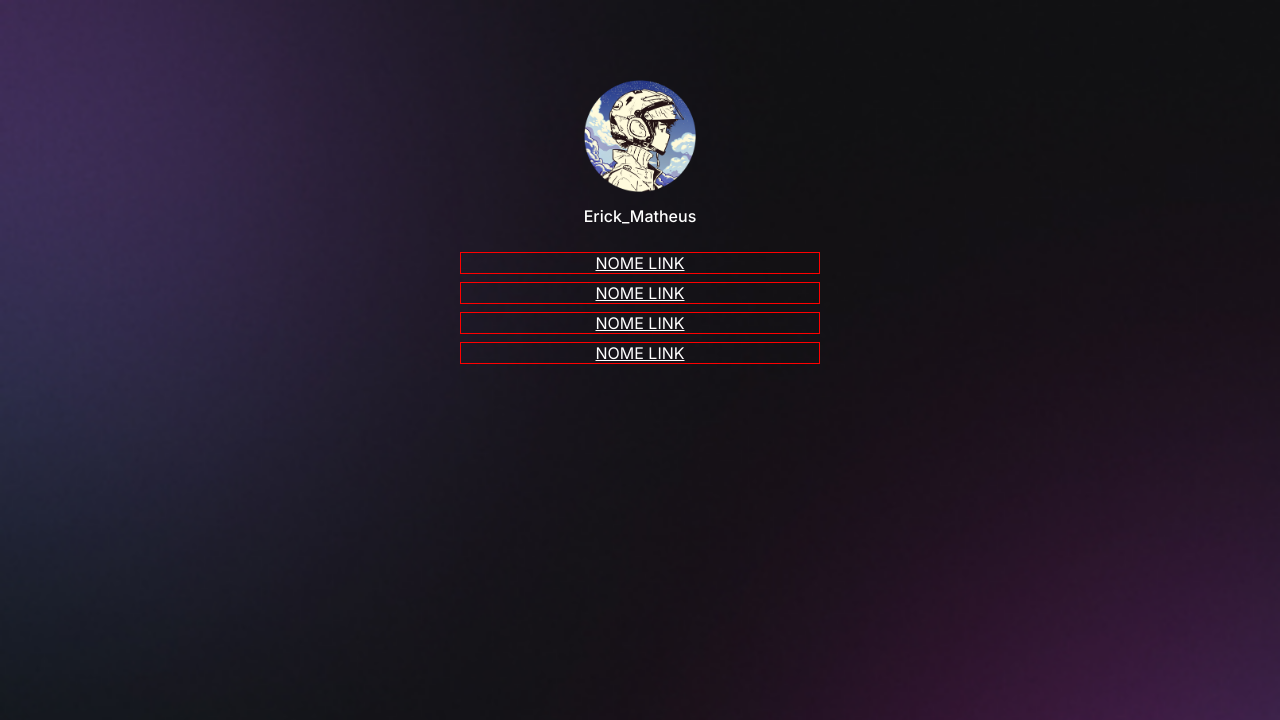
Repository: e-rickmatheus/project_dev_links
Page: index.html
The author's editor kept a copy of each file at every save. The page is drawn from the files as they stood at one save, then again after a run of saves.
The browser window is 1280 px wide. The pictures show the whole page.

Above is the page before, as saved 2025-04-02 20:44:25.

### index.html
<!DOCTYPE html>
<html lang="pt-BR">
<head>

<link rel="preconnect" href="https://fonts.googleapis.com">
<link rel="preconnect" href="https://fonts.gstatic.com" crossorigin>
<link href="https://fonts.googleapis.com/css2?family=Inter:wght@400;500&display=swap" rel="stylesheet">
  <meta charset="UTF-8">
  <meta name="viewport" content="width=device-width, initial-scale=1.0">
  <title>DEV.Links</title>
  <link rel="stylesheet" href="./style.css">
  <a></a>
</head>
<body>

  <div id="container">
    <div id="profile">
      <img id="avatar" src="./assets/avatar-pilot-day.png" alt="avatar-light">
      <p>Erick_Matheus</p>
    </div>
  <ul>
    <li>
      <a href="#" target="_blank">NOME LINK</a>
    </li>
    <li>
        <a href="#" target="_blank">NOME LINK</a>
    </li>
    <li>
        <a href="#" target="_blank">NOME LINK</a>
    </li>
    <li>
        <a href="#" target="_blank">NOME LINK</a>
    </li>
  </ul>
  </div>


</body>
</html>

### style.css
* {  /* *: todos os elementos */
  margin: 0;
  padding: 0;
  box-sizing: border-box; /* border-box: altura e largura do elemento é o mesmo que o tamanho definido */
}

body { /* body: corpo do documento */
  /*
  background-image: url(./assets/bg-mobile.jpg);
  background-repeat: no-repeat;
  background-position: top center;
  background-size: cover;
  */


  background: url(./assets/bg-mobile.jpg) no-repeat top center/cover;
  /* background: cor imagem repetição posição/tamanho */
}

body * { /* todos os elementos dentro do body */
  font-family: 'Inter', sans-serif;
  color: #ffffff

}

#container {
  width:  360px;
  margin: 56px auto 0px;
  display: block;
}

#profile {
  text-align: center;
  padding: 24px;
}

#profile img {
  width: 112px;
}

#profile p {
  font-weight: 500;
  line-height: 24px;
  margin-top: 8px;
}





/*links*/
ul {
  list-style: none;
  display: flex;
  flex-direction: column;
  gap: 8px
}

ul li a {
  display: flex;
  justify-content: center;

  border: 1px solid red;
}

After the next 4 saves:
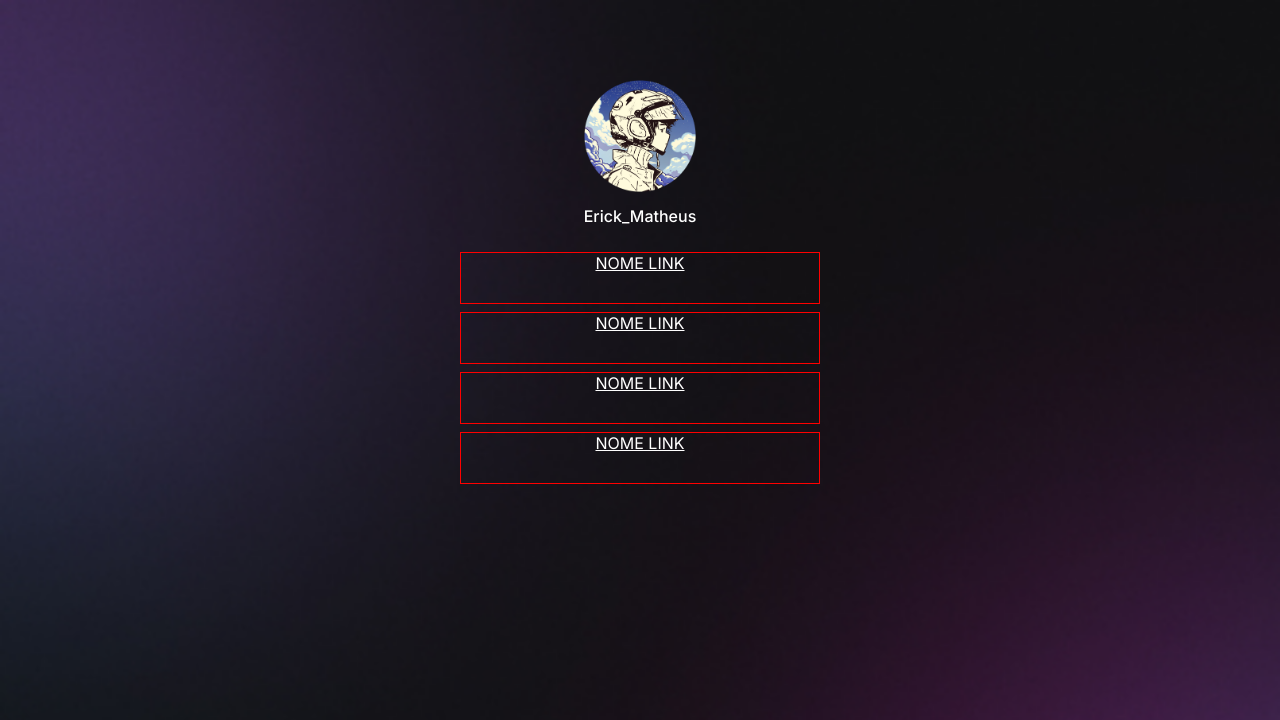
The 4 saves are shown as one change because they came seconds apart.
The last was saved 18 s later.
--- a/style.css
+++ b/style.css
@@ -59,6 +59,6 @@ ul {
 ul li a {
   display: flex;
   justify-content: center;
-
+  height: 52px;
   border: 1px solid red;
 }
